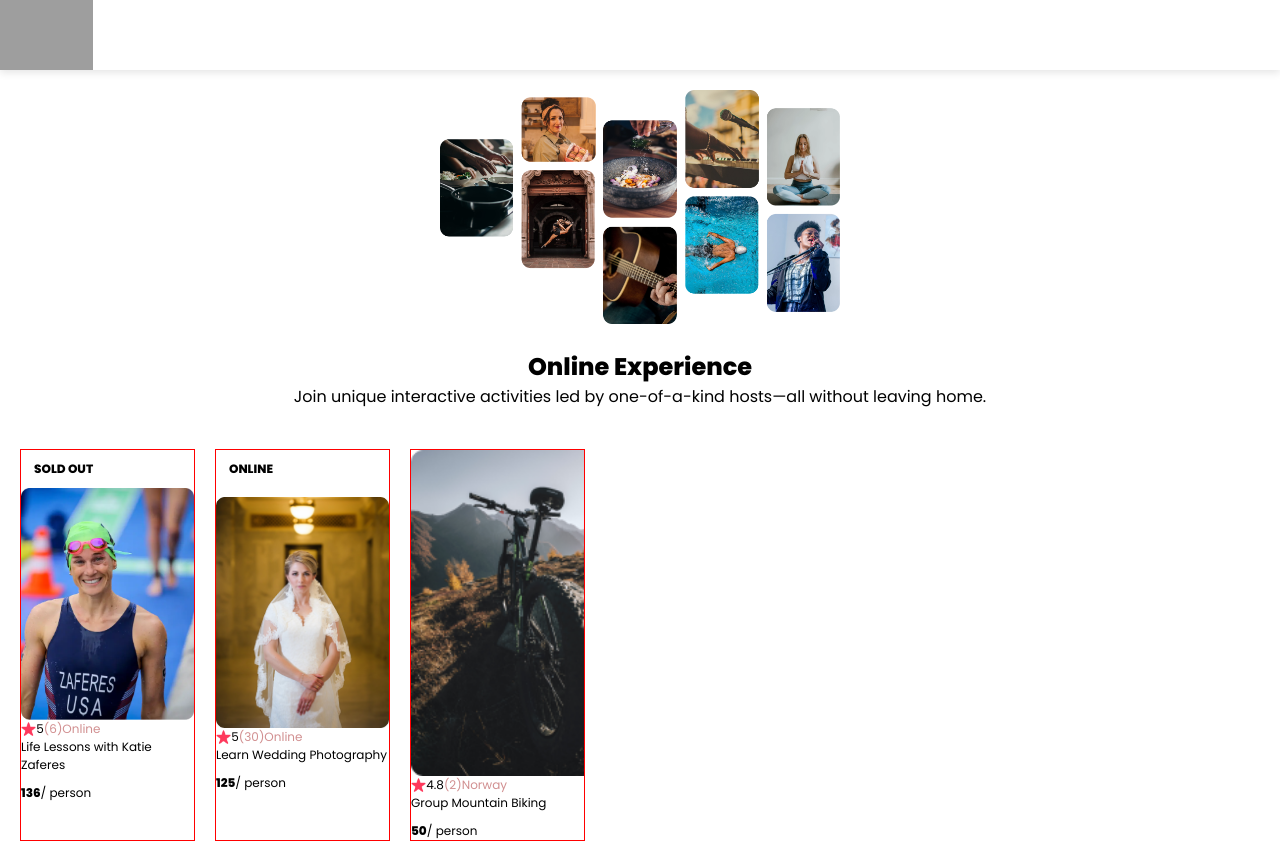
Repository: Richswag009/my-travel-journal
Page: /
The author's editor kept a copy of each file at every save. The page is drawn from the files as they stood at one save, then again after the next save.
The browser window is 1280 px wide. The pictures show the whole page.
Pictures or frames that could not be fetched are drawn as grey boxes. Some web fonts or font styles are not loaded; a fallback is used. The project was rebuilt for these pictures with package versions that can differ from the ones it lists, and the page was loaded fresh each time.

Above is the page before, as saved 2022-06-17 22:37:10.

After the next save:
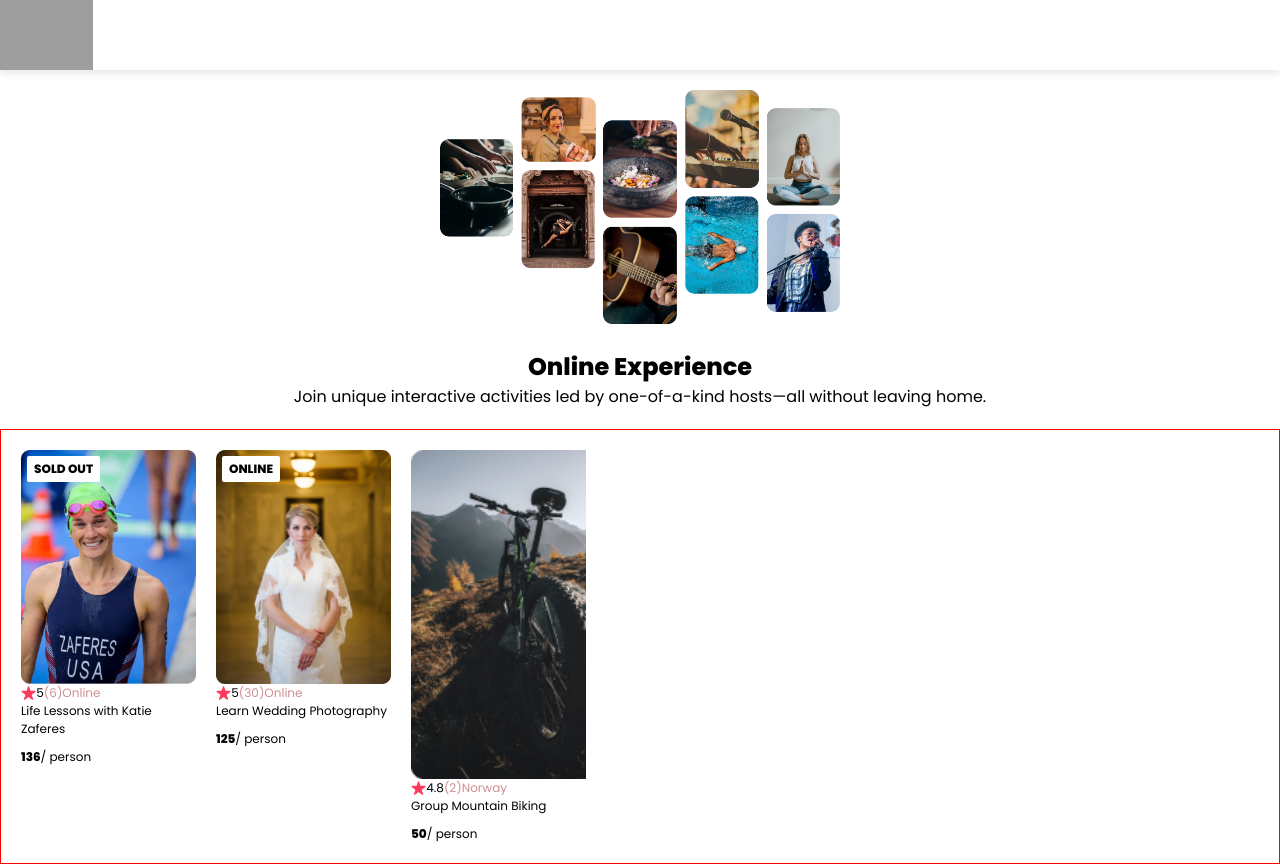
Saved 28 s later.
--- a/src/App.css
+++ b/src/App.css
@@ -35,14 +35,13 @@ text-align: center;
     display: flex;
     flex-wrap: wrap;
     gap: 20px;
+    border: 1px solid red;
     overflow-x: auto;
 
 }.card{
     width: 175px;
     font-size: 12px;
     flex: 0 0 auto;
-    justify-content: center;
-    border: 1px solid red;
     display: flex;
     flex-direction:column;
     position: relative;
